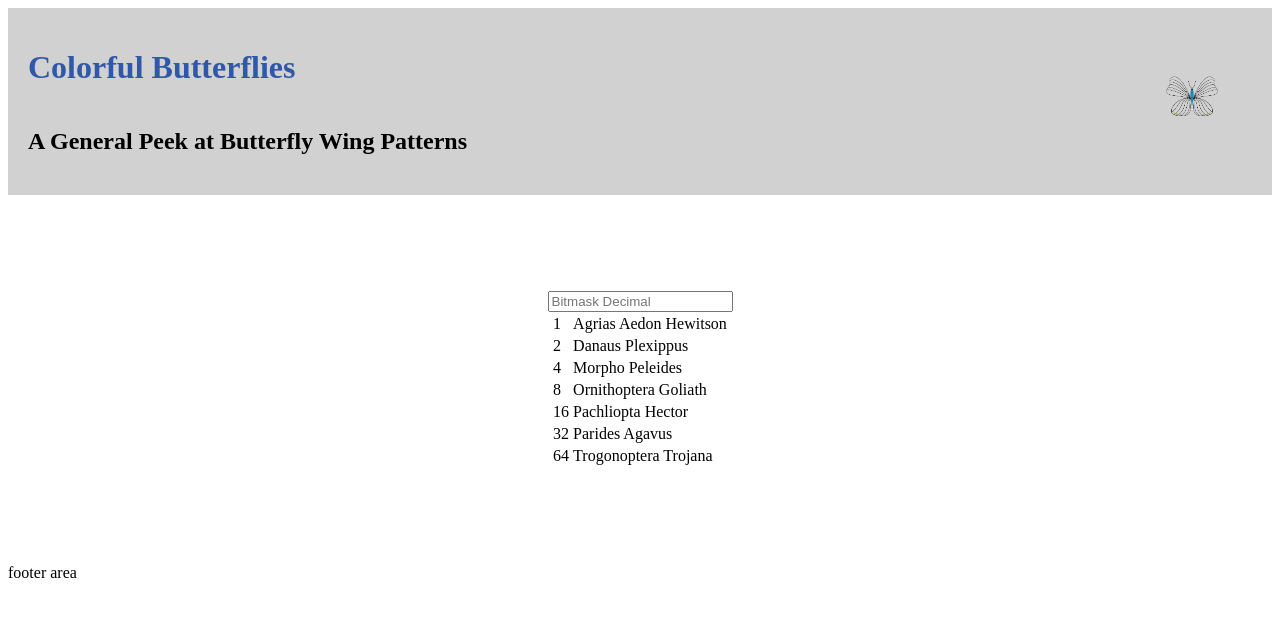
Repository: MeowCeline00/assessment-2
Page: /
The author's editor kept a copy of each file at every save. The page is drawn from the files as they stood at one save, then again after the next save.
The browser window is 1280 px wide. The pictures show the whole page.
The project was rebuilt for these pictures with package versions that can differ from the ones it lists, and the page was loaded fresh each time. The framework's server and built-in components were replaced by stand-ins that run in the browser. Also part of the build but not shown: next.config.mjs.

Above is the page before, as saved 2024-02-07 21:54:35.

### pages/index.js
import Head from "next/head";
import { useState } from "react";
import styles from "@/styles/Home.module.css";
import Header from "@/Components/Header";


export default function Home() {

  // Butterfly Patterns
  const classFilters = {
    //key : value
    1: 'Agrias Aedon Hewitson',
    2: 'Danaus Plexippus',
    4: 'Morpho Peleides',
    8: 'Ornithoptera Goliath',
    16: 'Pachliopta Hector',
    32: 'Parides Agavus',
    64: 'Trogonoptera Trojana'
  }

  const [input, setInput] = useState();
                                    // 3
                                    // 2 & 2 Remainder 1
                                    // 1 & 1 Remainder 0
                                    // 9
                                    // 8 & 8 Remainder 1
                                    // 1 & 1 Remainder 0
  const getClassStyle = flagValue => (input & flagValue) > 0 ? {backgroundColor: 'yellow'} : null;

  return (
    <>
      <Head>
        <title>General View of Butterfly Wing Patterns</title>
        <meta name="description" content="General View of Butterfly Wing Patterns" />
        <meta name="viewport" content="width=device-width, initial-scale=1" />
        <link rel="icon" href="/butt_favicon.ico" />
      </Head>
      <Header />
      <main className={`${styles.main}`}>
       <input
       id="input"
       type="text"
       placeholder='Bitmask Decimal'
       value={input}
       onChange={event => setInput(event.target.value)}
       />
       <table>
        <tbody>
          {
            Object.keys(classFilters).map(item => (
              <tr key={item} style={getClassStyle(item)}>
                <td>{item}</td>
                <td>{classFilters[item]}</td>
              </tr>
            ))
          }
        </tbody>
       </table>
      </main>
      <footer>footer area</footer>
    </>
  );
}

### styles/Home.module.css
.main {
  display: flex;
  flex-direction: column;
  justify-content: space-between;
  align-items: center;
  padding: 6rem;
  min-height: 20vh;
}

### Components/Header/index.js
import Image from 'next/image';
import styles from './Header.module.css';

export default function Header() {
    return (
        <header className={styles.header}>
            <div className={styles.titleArea}>
                <h1> Colorful Butterflies</h1>
                <h2> A General Peek at Butterfly Wing Patterns</h2>
            </div>
            <div className={styles.logoArea}>
                <img src={"/logo.png"} alt="Butterfly Logo" width={80} />
            </div>
        </header>
    );
}

### Components/Header/Header.module.css
.header {
    display: flex;
    justify-content: space-between;
    align-items: center;
    padding: 20px;
    background-color: #d1d1d1;
}

.titleArea {
    display: flex;
    flex-direction: column;
}

.titleArea h1 {
    color: rgb(47, 88, 169);
}

.logoArea {
  display: flex;
  padding: 20px;
}

Loaded but not shown: pages/_app.js (common file); pages/_document.js (common file); styles/globals.css (common file)

After the next save:
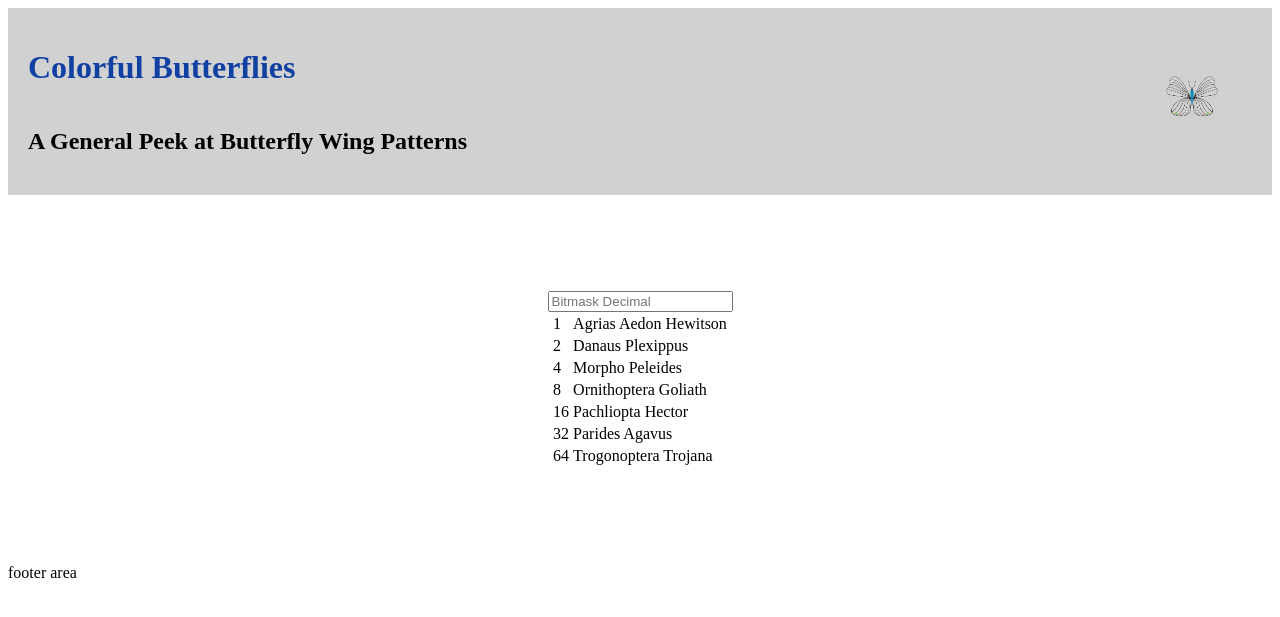
Saved 4 s later.
--- a/Components/Header/Header.module.css
+++ b/Components/Header/Header.module.css
@@ -12,7 +12,7 @@
 }
 
 .titleArea h1 {
-    color: rgb(47, 88, 169);
+    color: rgb(15, 64, 162);
 }
 
 .logoArea {
